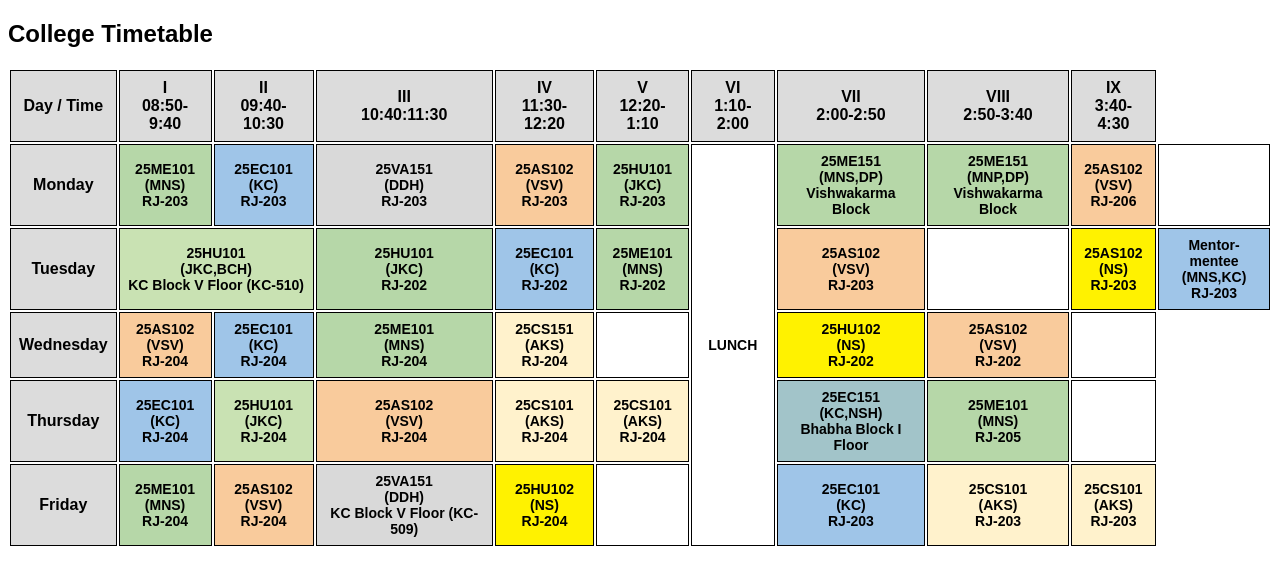
Repository: Glory998/ELCE1-32
Page: experiment3.html
These files come from the project's save history. The page is drawn as it stood at one moment and after the next save; the edit follows.
The browser window is 1280 px wide. The pictures show the whole page.

Above is the page before, as saved 2025-10-25 01:13:19.

After the next save:
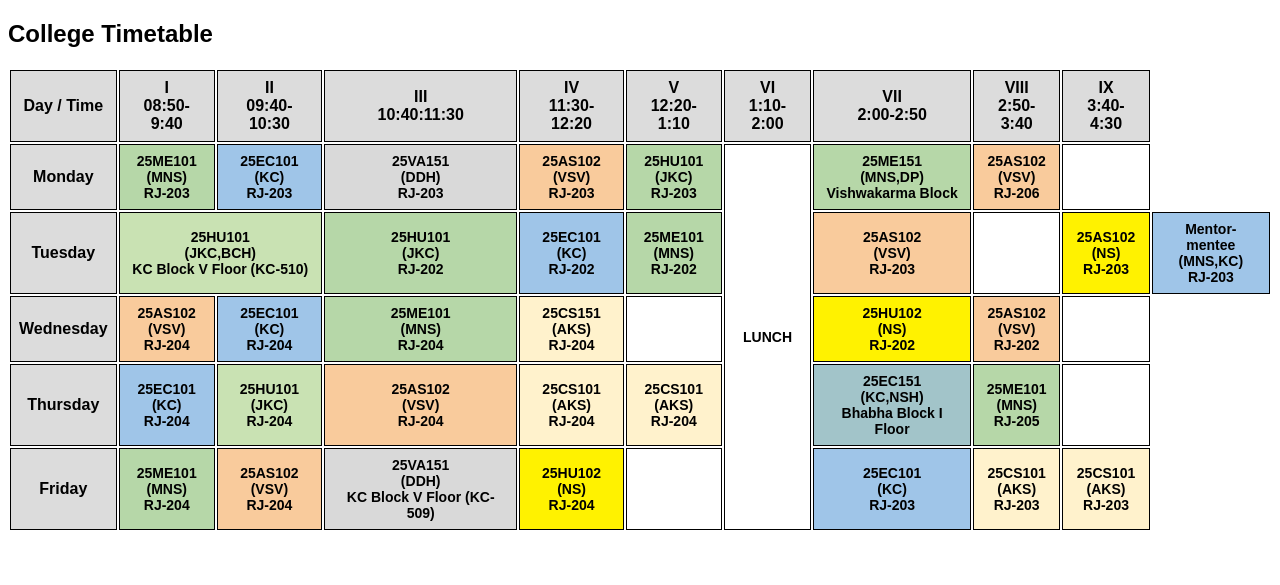
Saved 4 min 37 s later.
--- a/experiment3.html
+++ b/experiment3.html
@@ -82,11 +82,11 @@
                                                 <td
                                                 class="green">25ME151<br>(MNS,DP)<br>Vishwakarma Block</td>
                                                 <td
-                                                class="green">25ME151<br>(MNP,DP)<br>Vishwakarma Block</td>
-                                                <td
                                                 class="orange">25AS102<br>(VSV)<br>RJ-206</td>
                                                 <td></td>
                                                 </tr>
+
+                                                <tr>
                                                 <th>Tuesday</th>
                                                 <td colspan="2"
                                                 class="lightgreen">25HU101<br>(JKC,BCH)<br>KC Block V Floor (KC-510)</td>
